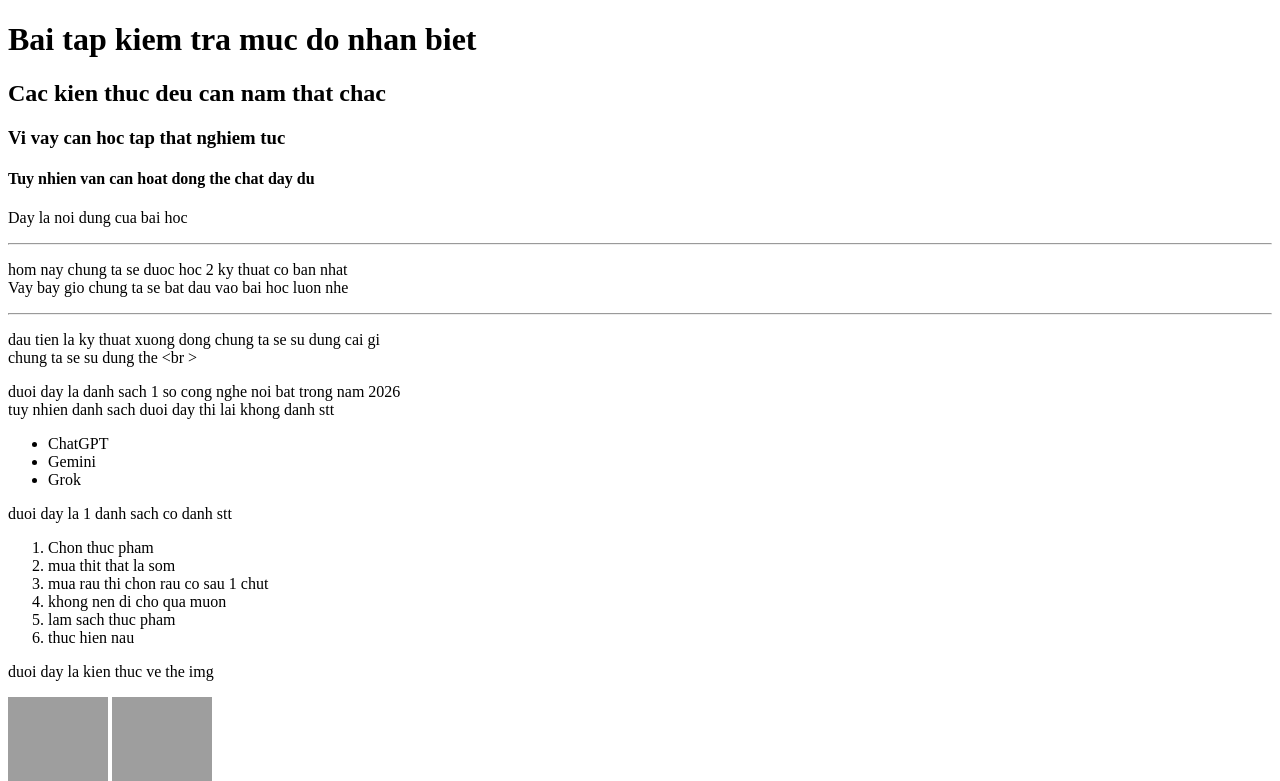
Repository: bachphamudu/my-tech-docs
Page: index.html
An editor plug-in stored every save of this project. The page is shown before and after a run of saves, followed by the edit.
The browser window is 1280 px wide. The pictures show the part of the page from y = 0 to 781 px (the page is 1113 px tall before and 1183 px after).
Pictures or frames that could not be fetched are drawn as grey boxes. A picture or video elsewhere on the page could not be fetched, so the positions and the page height are approximate.

Above is the page before, as saved 2026-10-17 09:27:26.

### index.html
<!DOCTYPE html>
<html lang="vi">
<head>
    <meta charset="UTF-8">
    <meta name="viewport" content="width=device-width, initial-scale=1.0">
    <title>Bai tap</title>
</head>
<body>
    <h1>Bai tap kiem tra muc do nhan biet</h1>
    <h2>Cac kien thuc deu can nam that chac</h2>
    <h3>Vi vay can hoc tap that nghiem tuc</h3>
    <h4>Tuy nhien van can hoat dong the chat day du</h4>
    <p>Day la noi dung cua bai hoc</p>
    <hr>
    <p>hom nay chung ta se duoc hoc 2 ky thuat co ban nhat <br>
    Vay bay gio chung ta se bat dau vao bai hoc luon nhe</p>
    <hr>
    <p>dau tien la ky thuat xuong dong chung ta se su dung cai gi <br>
    chung ta se su dung the &lt;br	&gt;</p>
    <p>duoi day la danh sach 1 so cong nghe noi bat trong nam 2026 <br>
    tuy nhien danh sach duoi day thi lai khong danh stt</p>
    <ul>
        <li>ChatGPT</li>
        <li>Gemini</li>
        <li>Grok</li>
    </ul>
    <p>duoi day la 1 danh sach co danh stt</p>
    <ol>
        <li>Chon thuc pham
            <li>mua thit that la som</li>
            <li>mua rau thi chon rau co sau 1 chut</li>
            <li>khong nen di cho qua muon</li>
        </li>
        <li>lam sach thuc pham</li>
        <li>thuc hien nau</li>
    </ol>
    <p>duoi day la kien thuc ve the img</p>
    <img src="./assets/images/tkb hiện tại.PNG\" alt="thoi khoa bieu" width="100" height="100">
    <img src="https://r2.nucuoimekong.com/wp-content/uploads/buc-anh-dep-can-bang-sang-tot-1.jpg" alt="anh nguoi con gai"
    width="100" height="100">
    <br>
    <a href="https://www.facebook.com/?locale=vi_VN" target="_blank">
        <img src="https://encrypted-tbn0.gstatic.com/images?q=tbn:ANd9GcTf80o1JkVCEOLrrsDDBAKGcWYvV-_hE0GAKsaY1xgL_Q&s">
    </a>
</body>
</html>

After the next 2 saves:
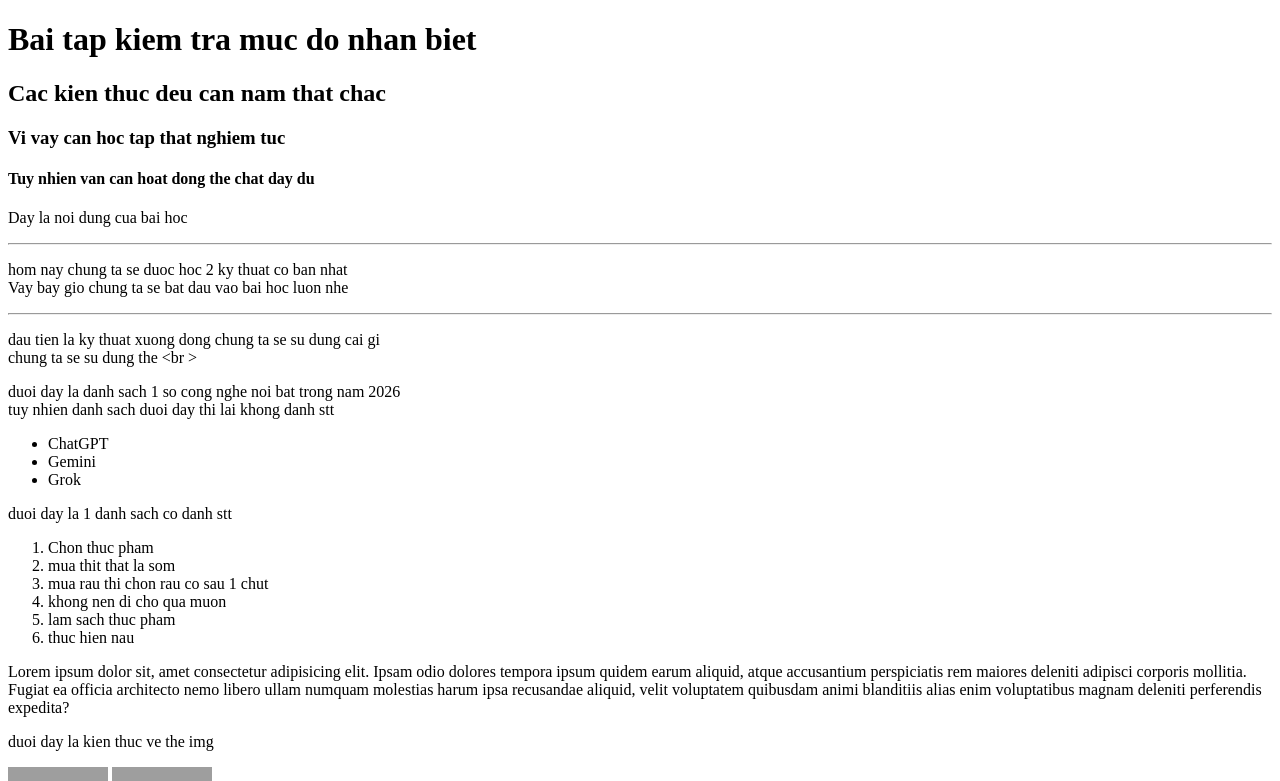
The 2 saves are shown as one change because they came seconds apart.
The last was saved 2 min 52 s later.
--- a/index.html
+++ b/index.html
@@ -34,6 +34,7 @@
         <li>lam sach thuc pham</li>
         <li>thuc hien nau</li>
     </ol>
+    <p>Lorem ipsum dolor sit, amet consectetur adipisicing elit. Ipsam odio dolores tempora ipsum quidem earum aliquid, atque accusantium perspiciatis rem maiores deleniti adipisci corporis mollitia. Fugiat ea officia architecto nemo libero ullam numquam molestias harum ipsa recusandae aliquid, velit voluptatem quibusdam animi blanditiis alias enim voluptatibus magnam deleniti perferendis expedita?</p>
     <p>duoi day la kien thuc ve the img</p>
     <img src="./assets/images/tkb hiện tại.PNG\" alt="thoi khoa bieu" width="100" height="100">
     <img src="https://r2.nucuoimekong.com/wp-content/uploads/buc-anh-dep-can-bang-sang-tot-1.jpg" alt="anh nguoi con gai"
